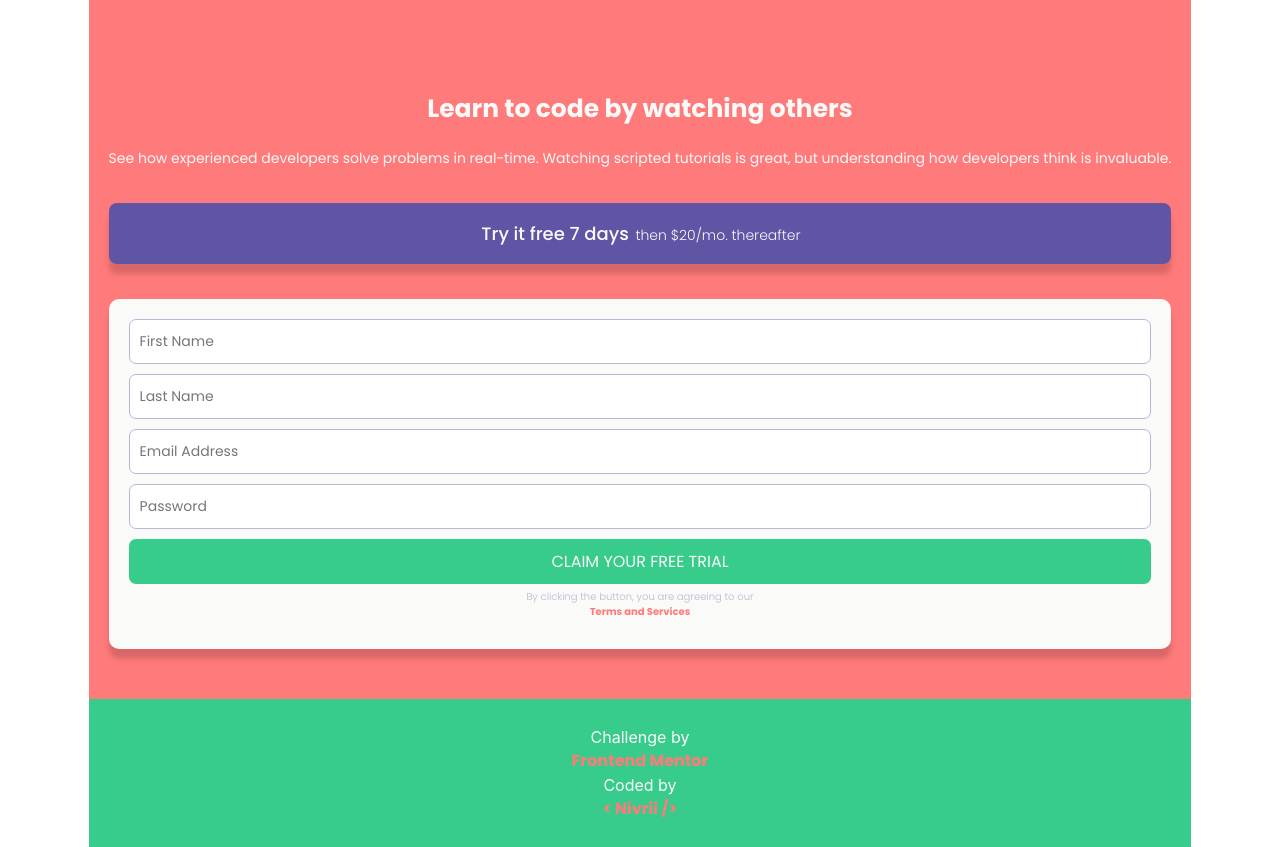
Repository: nivrii/intro-component-with-signup
Page: /
The author's editor kept a copy of each file at every save. The page is drawn from the files as they stood at one save, then again after the next save.
The browser window is 1280 px wide. The pictures show the whole page.
The project was rebuilt for these pictures with package versions that can differ from the ones it lists, and the page was loaded fresh each time. Also part of the build but not shown: vite.config.js.

Above is the page before, as saved 2023-10-12 12:23:56.

After the next save:
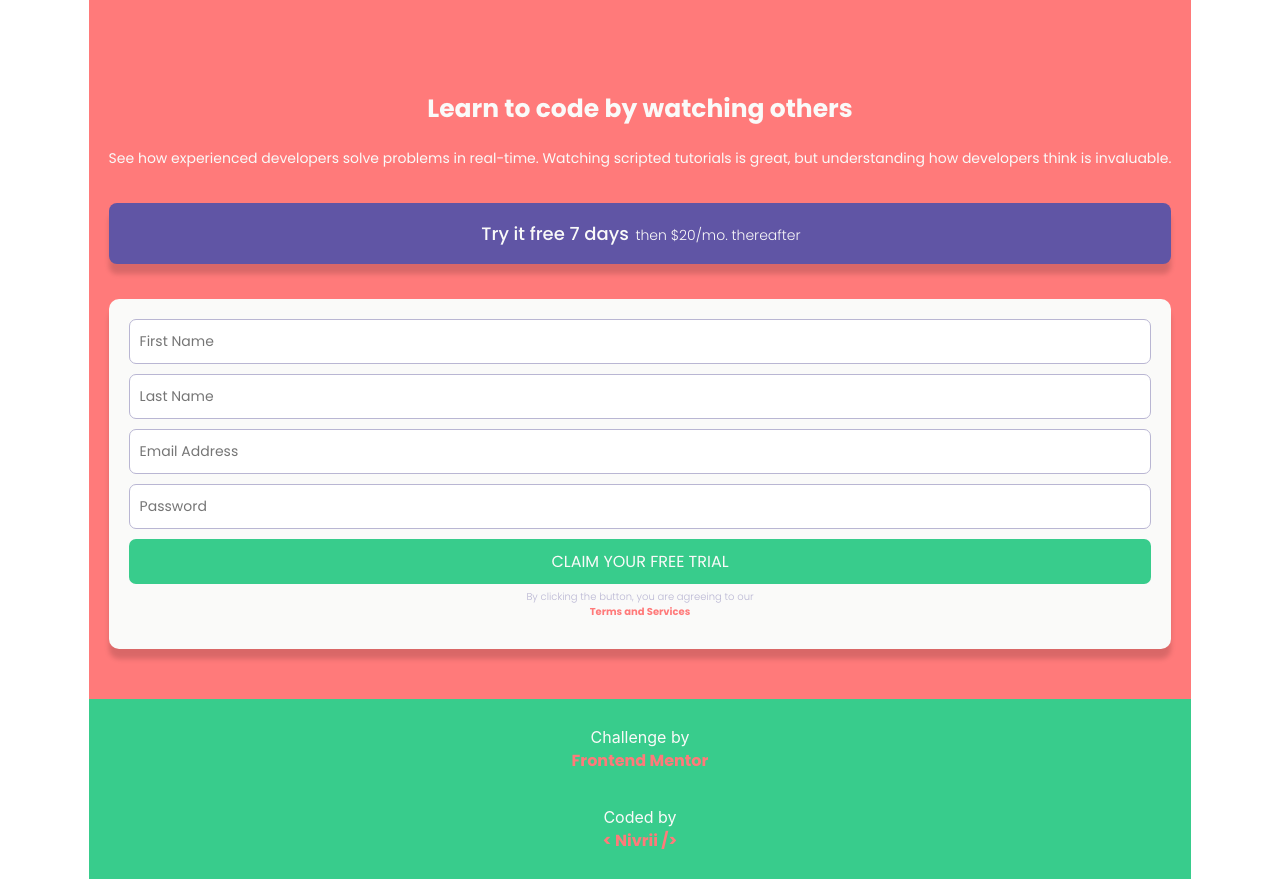
Saved 39 s later.
--- a/src/Footer/Footer.jsx
+++ b/src/Footer/Footer.jsx
@@ -12,6 +12,7 @@
         >
           Frontend Mentor
         </a>
+        <p></p>
          Coded by{" "}
         <a href="https://github.com/Nivrii/intro-component-with-signup">
           {coder}

After the save that followed:
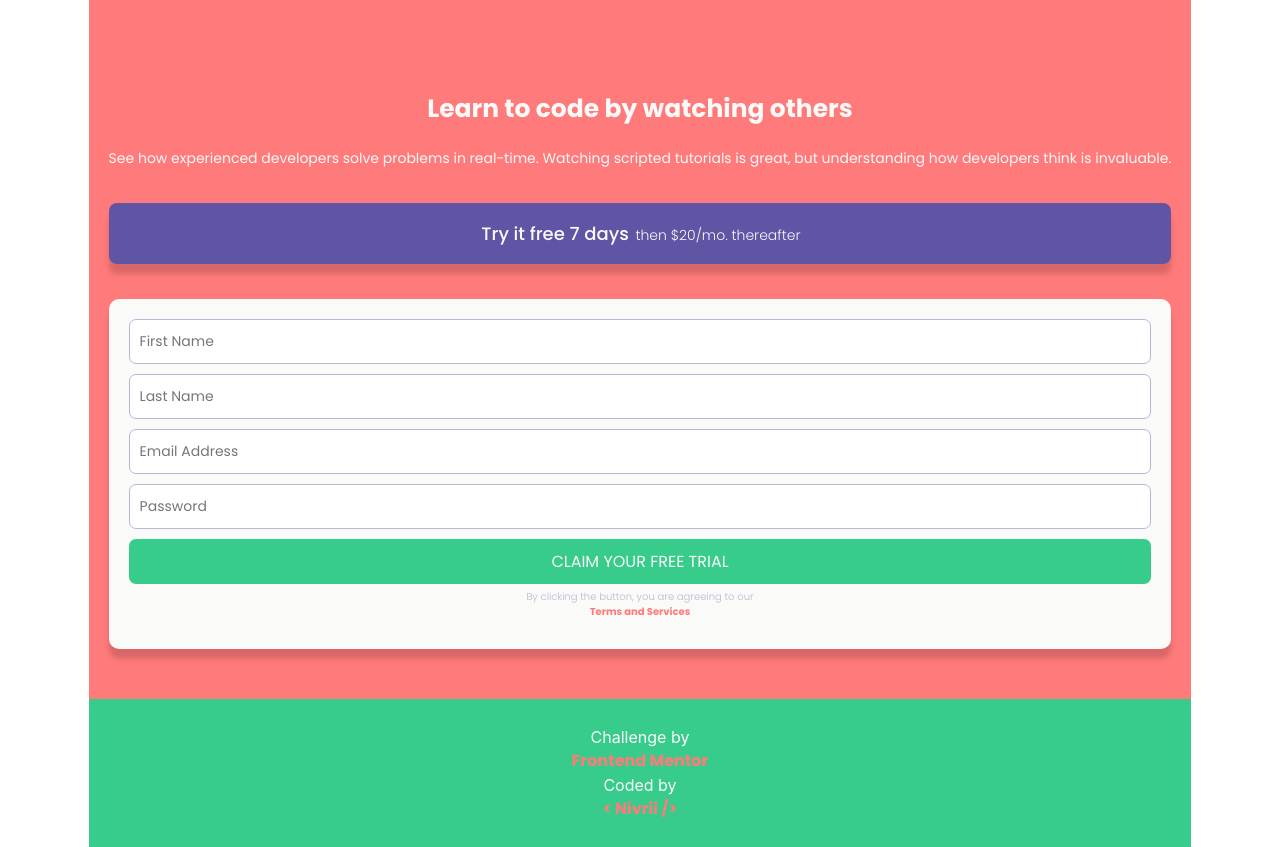
Saved 9 s later.
--- a/src/Footer/Footer.jsx
+++ b/src/Footer/Footer.jsx
@@ -12,7 +12,6 @@
         >
           Frontend Mentor
         </a>
-        <p></p>
          Coded by{" "}
         <a href="https://github.com/Nivrii/intro-component-with-signup">
           {coder}
